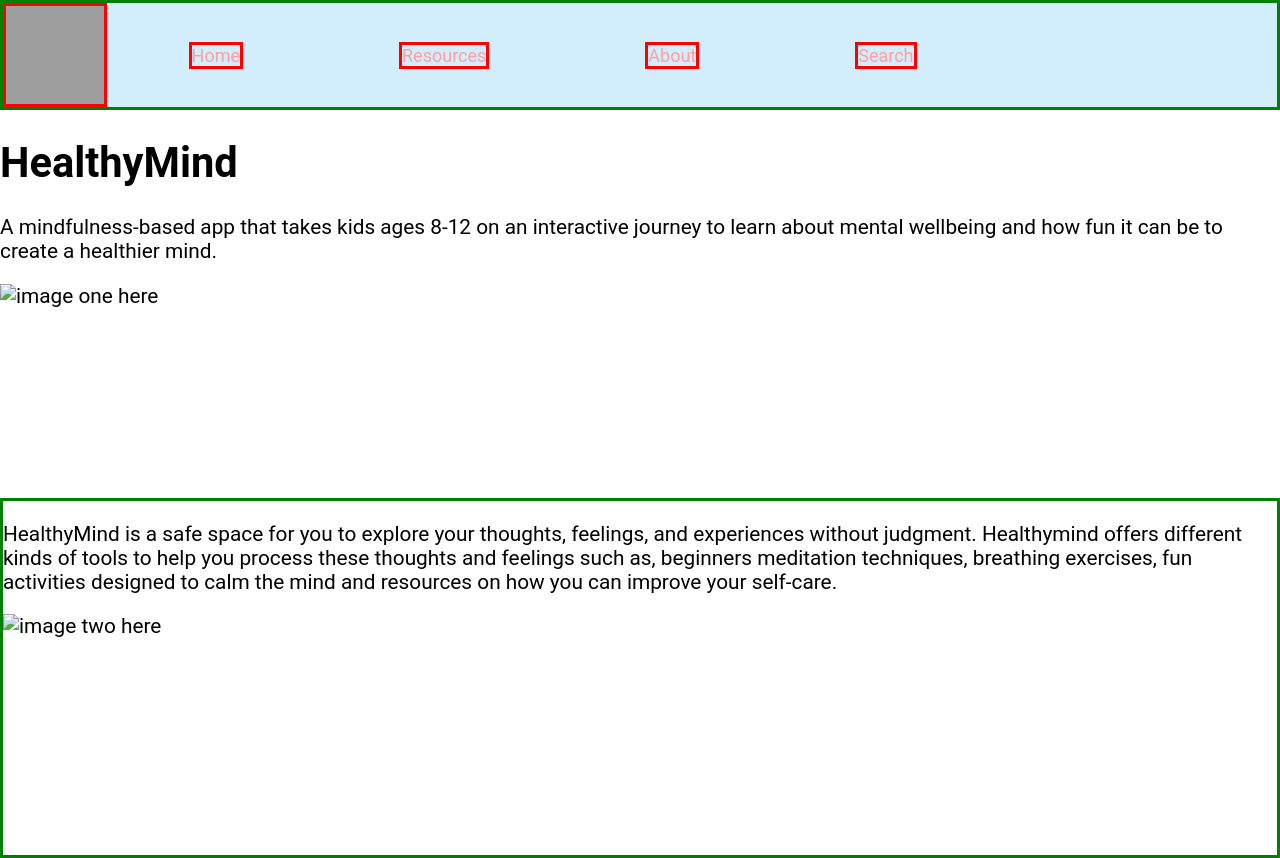
Repository: Nafisa-Huda/HealthierMind
Page: public/index.html
The author's editor kept a copy of each file at every save. The page is drawn from the files as they stood at one save, then again after the next save.
The browser window is 1280 px wide. The pictures show the whole page.
Pictures or frames that could not be fetched are drawn as grey boxes.

Above is the page before, as saved 2022-07-11 15:55:44.

### public/index.html
<!DOCTYPE html>
<html lang="en">
<head>
    <meta charset="UTF-8">
    <meta http-equiv="X-UA-Compatible" content="IE=edge">
    <meta name="viewport" content="width=device-width, initial-scale=1.0">
    <title>HealthyMind</title>
    <link rel="stylesheet" href="/public/style.css">
</head>
<body>
    <header>
        <div class="container row">
            <img class="logo" src="https://i.ibb.co/xLGc6jC/Healthy-Mind-logo.png" alt="healthy-mind-logo">
        <nav class="nav">
            <ul class="nav__list">
                <li class="nav__item"><a href="#" class="nav__link">Home</a></li>
                <li class="nav__item"><a href="#" class="nav__link">Resources</a></li>
                <li class="nav__item"><a href="#" class="nav__link">About</a></li>
                <li class="nav__item"><a href="#" class="nav__link">Search</a></li>
            </ul>
        </nav>
        </div>
    </header>

    <!-- <section class="hero main"> -->
        <div class="hero main ">
            <div class="hero__text">
                <h1>HealthyMind</h1>
                <p>A mindfulness-based app that takes kids ages 8-12 on an interactive journey to learn about mental wellbeing and how fun it can be to create a healthier mind. </p>
            </div>
            <img class="hero__img" src="#" alt="image one here" srcset="">
        </div>
    </section>

    <main class="main container">
        <section class="primary-content">
            <p>HealthyMind is a safe space for you to explore your thoughts, feelings, and experiences without judgment. Healthymind offers different kinds of tools to help you process these thoughts and feelings such as, beginners meditation techniques, breathing exercises, fun activities designed to calm the mind and resources on how you can improve your self-care.</p>
            <img class="main__img" src="" alt="image two here" srcset="">
        </section>
</main>

<script src="/public/main.js"></script>
</body>
</html>

### public/style.css
*, *::before, *::after {
    box-sizing: border-box;
}

body {
    margin: 0;
    font-family: 'Roboto', sans-serif;
    font-size: 1.3rem;
}
html{
  scroll-behavior: smooth;
  scroll-padding-top: (--scroll-padding,100px);
}
/*scrollbar*/
::-webkit-scrollbar{
  width: 0.8em;
}
::-webkit-scrollbar-track{
  background: antiquewhite;
}
::-webkit-scrollbar-thumb{
  background: #FFE170;
}
header{
  background-color: #d2edfc;
  height: 10%;
}

img {
    max-width: 100%;
}

/* home page */

.container {
    width: 100vw;
    margin: 0 auto;
    border: 3px green solid;
}
.main{
  height: 50vh;
}



.row {
    display: flex;
    justify-content: space-between;
    align-items: center;
    width: 100%;
}

.logo {
    width: 5em;
    height: 5em;
    margin-right: 2em;
    border: 3px red solid;
}

.nav {
    display: flex;
    justify-content: space-between;
    align-items: center;
    flex-grow: 1;
}

.nav__list {
    margin: 0;
    padding-right: 1em;
    list-style: none;

    display: flex;
    align-items: center;

    font-size: 1rem;
}

.nav__item + .nav__item {
    margin-left: 60%;
}

.nav__link {
    border: 3px red solid;
    text-decoration: none;
    font-size: large;
    color: #FF9F9F;
}

.nav__link--button {
    padding: .25em 1em;
}

.nav__link:hover {
    opacity: .75;
}



/* activities page */

.activities-header{
  background-color: #A8E0FF;
  height: 20rem;
  width: 100%;
  border-bottom: solid #fff 4px;
}

.title{
  display: flex;
  flex-direction: column;
  align-items: center;
  padding-top: 3rem;
  color: #fff;
}


.activities-container{
  display: flex;
  flex-wrap: wrap;
  justify-content: center;
  background-color: #FFF9A6;
}

.scene {
  width: 20rem;
  height: 20rem;
  margin: 3rem;
  perspective: 600px;
}

.card {
  width: 100%;
  height: 100%;
  cursor: pointer;
  transform-style: preserve-3d;
  transform-origin: center right;
  transition: transform 1s;
}

.card.is-flipped {
  transform: translateX(-100%) rotateY(-180deg);
}

.face {
  position: absolute;
  width: 100%;
  height: 100%;
  line-height: 260px;
  color: #fff;
  text-align: center;
  font-weight: bold;
  font-size: larger;
  backface-visibility: hidden;
}

.front {
  background-color: #FF9F9F;
}

.back {
  background-color: #FF9F9F;
  transform: rotateY(180deg);
}

### public/main.js
const cards = document.querySelectorAll('.card');
[...cards].forEach((card)=>{
    card.addEventListener('click', () =>{
        card.classList.toggle('is-flipped')
    })
});

After the next save:
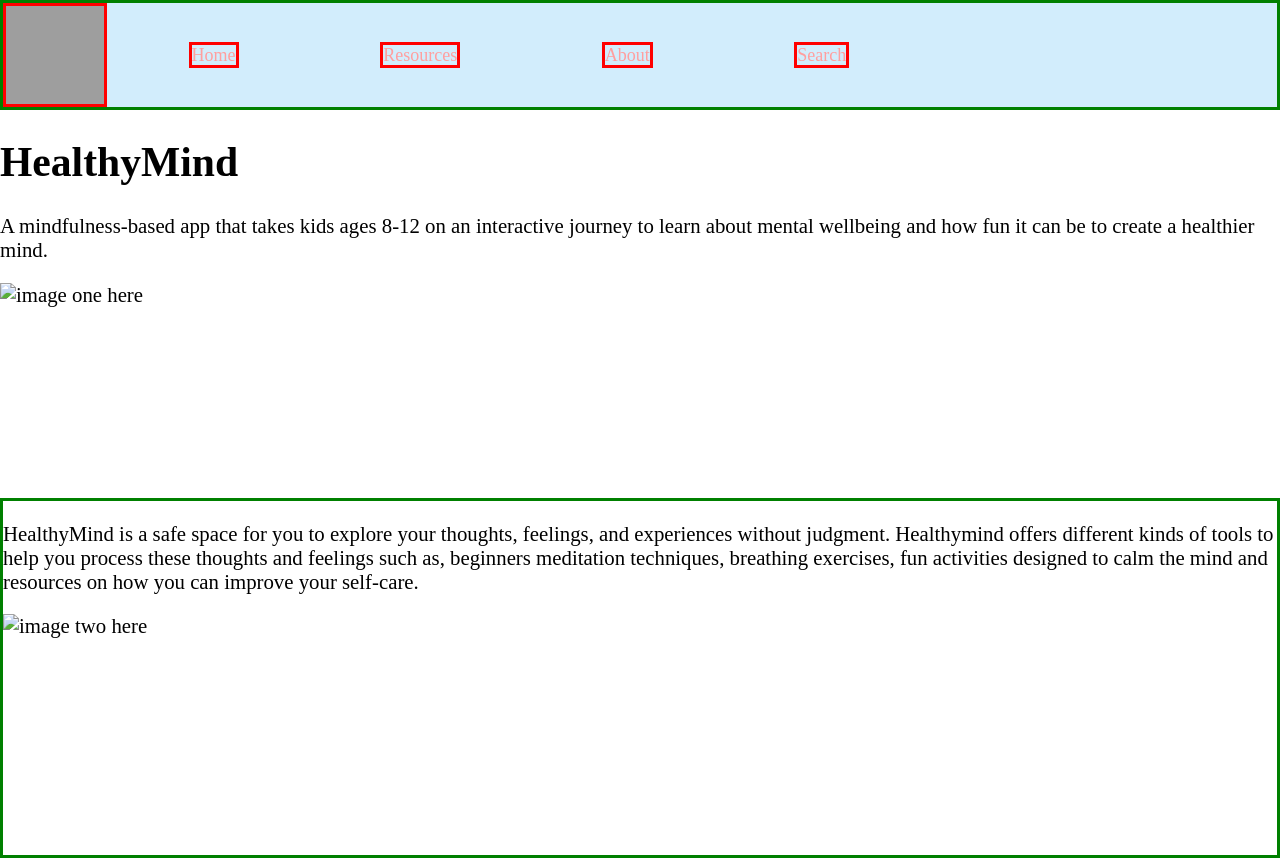
Saved 55 s later.
--- a/public/style.css
+++ b/public/style.css
@@ -4,6 +4,7 @@
 
 body {
     margin: 0;
+    max-with
     font-family: 'Roboto', sans-serif;
     font-size: 1.3rem;
 }

After the save that followed:
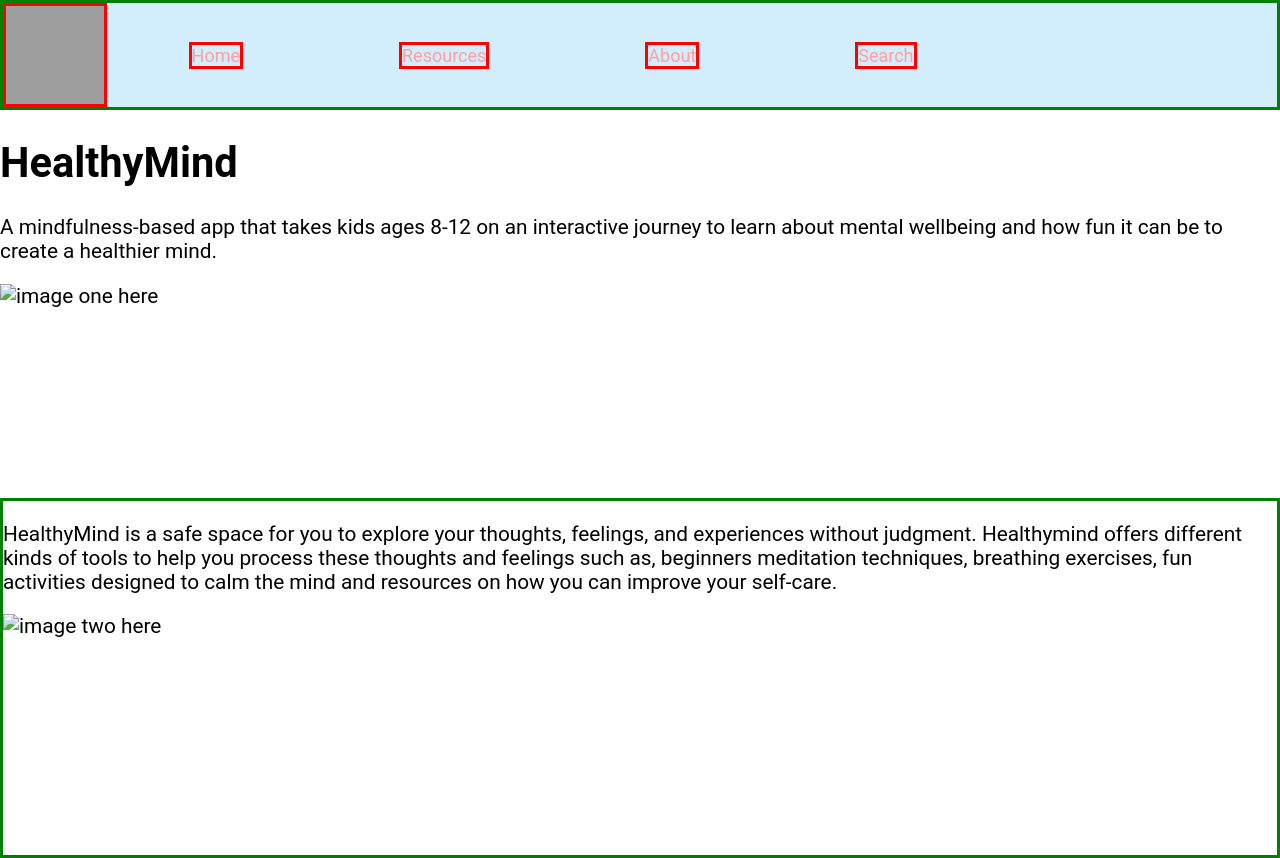
Saved 4 s later.
--- a/public/style.css
+++ b/public/style.css
@@ -4,7 +4,7 @@
 
 body {
     margin: 0;
-    max-with
+    max-width: 100%;
     font-family: 'Roboto', sans-serif;
     font-size: 1.3rem;
 }
